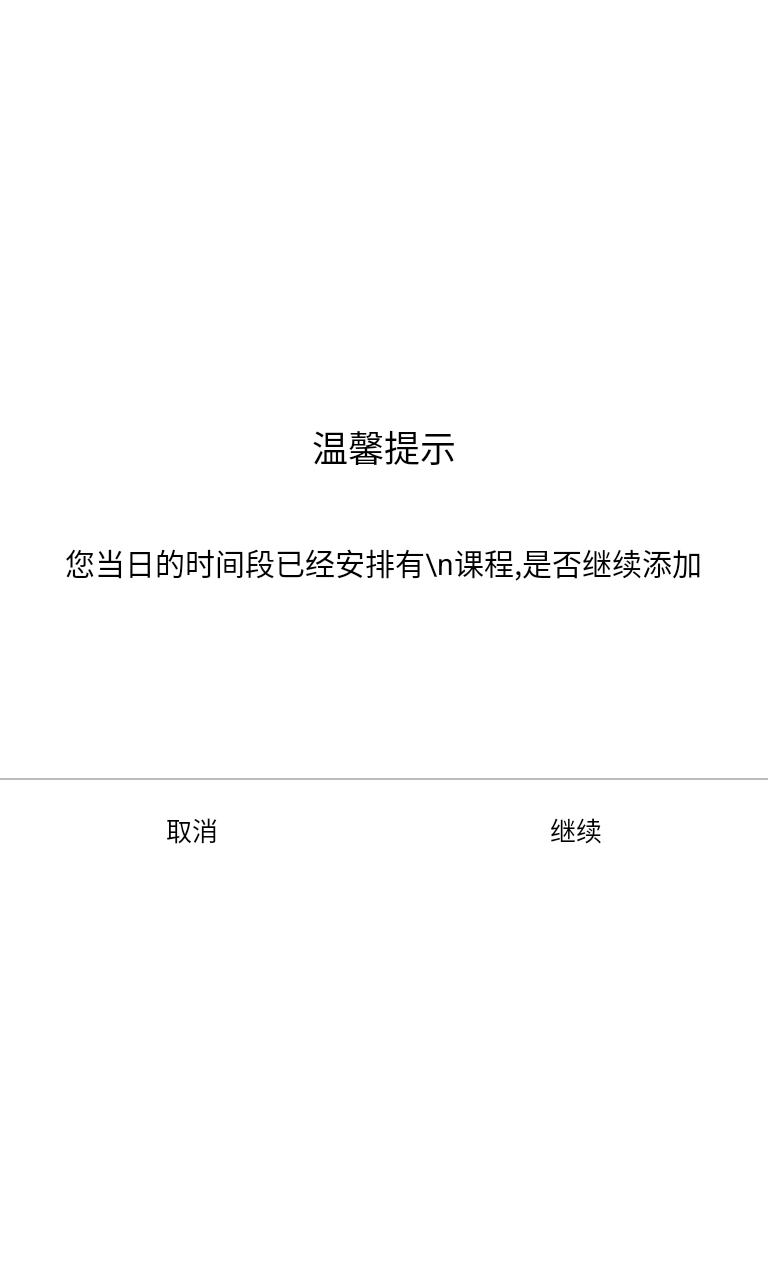
Repository: longxuep/ync
Layout: ync/Test/res/layout/view_dialog.xml
These files come from the project's save history. The layout is drawn as it stood at one moment and after the next save; the edit follows.
It is drawn on a 768 x 1280 px phone screen (xhdpi) without system bars, with theme AppTheme; the app's code is not run.

Above is the layout before, as saved 2016-08-08 06:52:41.

### ync/Test/res/layout/view_dialog.xml
<?xml version="1.0" encoding="utf-8"?>
<LinearLayout xmlns:android="http://schemas.android.com/apk/res/android"
    android:layout_width="match_parent"
    android:layout_height="match_parent"
    android:gravity="center"
    android:layout_gravity="center"
    android:background="@android:color/transparent"
    android:orientation="vertical" >

    <RelativeLayout
        android:id="@+id/pageinfo_success_code"
        android:layout_width="fill_parent"
        android:layout_height="240dp"
        android:clickable="true"
        android:background="#ffffff"
        android:visibility="visible" >
         <TextView
            android:id="@+id/dialog_title"
            android:layout_width="wrap_content"
            android:layout_height="wrap_content"
            android:layout_marginTop="10dp"
            android:layout_centerHorizontal="true"
            android:gravity="center"
            android:text="温馨提示"
            android:textSize="36px" />

        <TextView
            android:id="@+id/dialog_content"
            android:layout_width="wrap_content"
            android:layout_height="wrap_content"
            android:layout_marginTop="70dp"
            android:layout_centerHorizontal="true"
            android:gravity="center"
            android:text="您当日的时间段已经安排有\n课程,是否继续添加"
            android:textSize="30px" />

        <View
            android:id="@+id/view_v1"
            android:layout_width="fill_parent"
            android:layout_height="1dp"
            android:layout_above="@+id/ly_v1"
            android:background="#bcbcbc" />

        <LinearLayout
            android:id="@+id/ly_v1"
            android:layout_width="fill_parent"
            android:layout_height="50dp"
            android:layout_alignParentBottom="true"
            android:orientation="horizontal" >

            <TextView
                android:id="@+id/dialog_out"
                android:layout_width="match_parent"
                android:layout_height="match_parent"
                android:layout_weight="1"
                android:gravity="center"
                android:paddingBottom="10px"
                android:paddingTop="10px"
                android:text="取消"
                android:textSize="26px" />


            <TextView
                android:id="@+id/dialog_confirm"
                android:layout_width="match_parent"
                android:layout_height="match_parent"
                android:layout_weight="1"
                android:gravity="center"
                android:paddingBottom="10px"
                android:paddingTop="10px"
                android:text="继续"
                android:textSize="26px" />
        </LinearLayout>
    </RelativeLayout>

</LinearLayout>

After the next save:
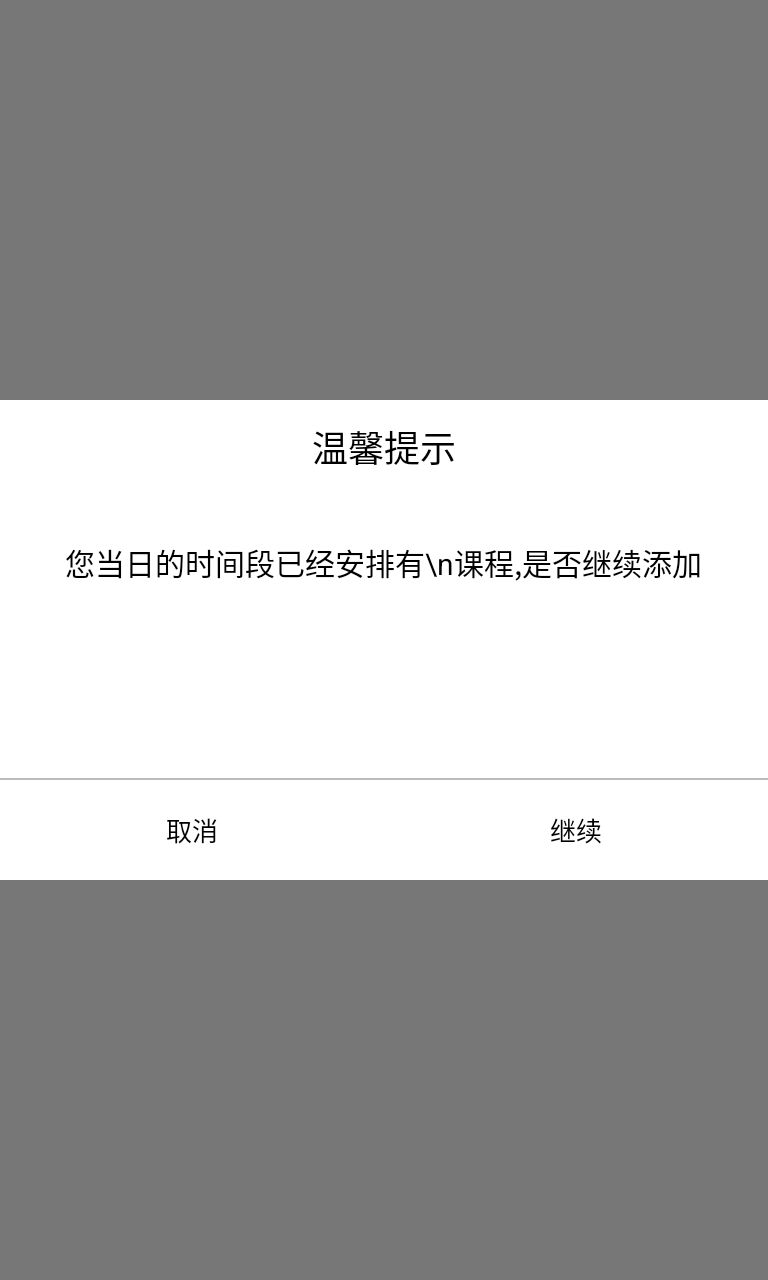
Saved 84 s later.
--- a/ync/Test/res/layout/view_dialog.xml
+++ b/ync/Test/res/layout/view_dialog.xml
@@ -4,7 +4,7 @@
     android:layout_height="match_parent"
     android:gravity="center"
     android:layout_gravity="center"
-    android:background="@android:color/transparent"
+    android:background="#8000"
     android:orientation="vertical" >
 
     <RelativeLayout
